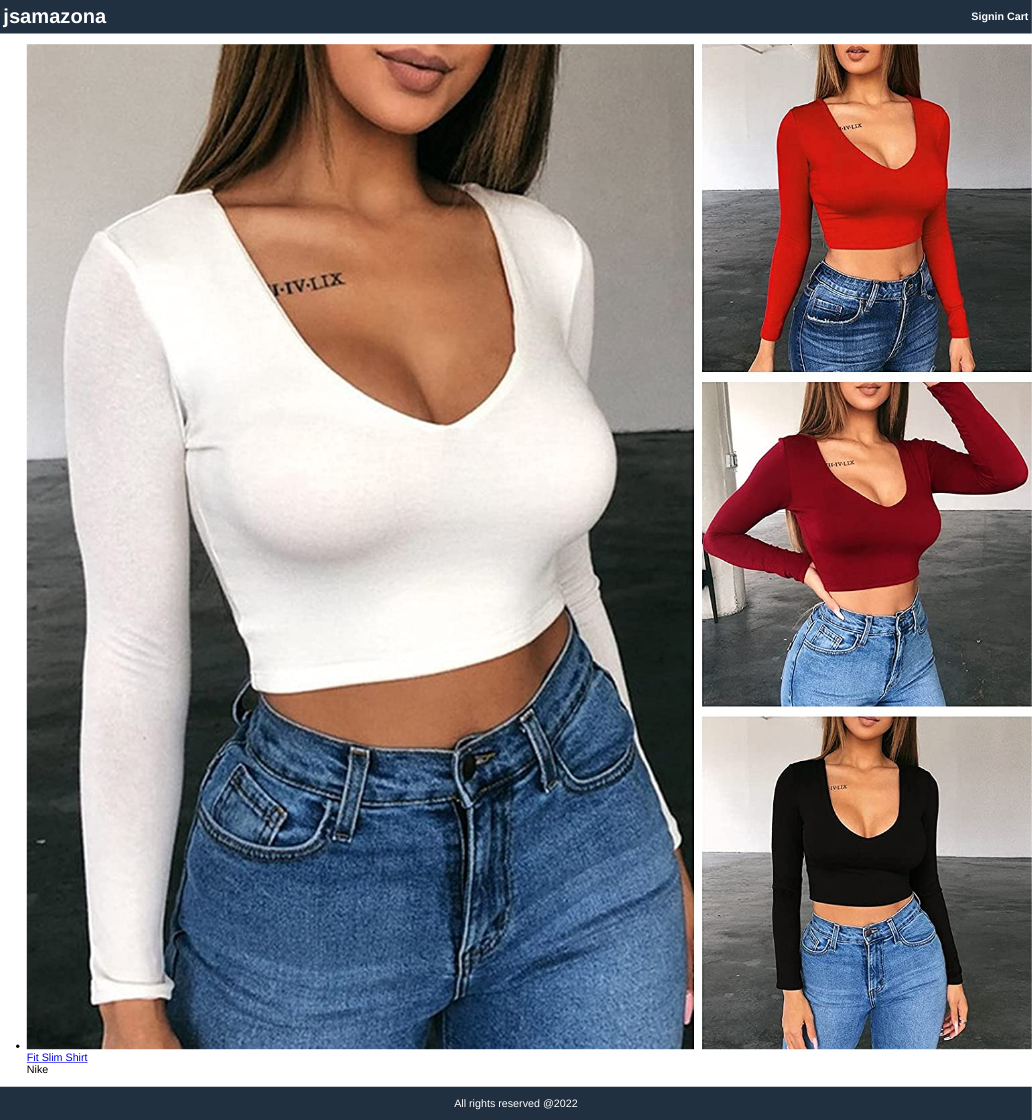
Repository: Mardoqueu/ecommerce-website
Page: jsamazona/frontend/src/index.html
These files come from the project's save history. The page is drawn as it stood at one moment and after the next save; the edit follows.
The browser window is 1280 px wide. The page is 1540 px wide, so the pictures cover 1540 px, including what lies to the right of the window. The pictures show the whole page, at 67% of full size.

Above is the page before, as saved 2022-09-12 10:20:22.

### jsamazona/frontend/src/index.html
<!DOCTYPE html>
<html lang="en">
  <head>
    <meta charset="UTF-8" />
    <meta http-equiv="X-UA-Compatible" content="IE=edge" />
    <meta name="viewport" content="width=device-width, initial-scale=1.0" />
    <link rel="stylesheet" href="style.css" />
    <title>JS Amazona</title>
  </head>
  <body>
    <div class="grid-container">
      <header>
        <div class="brand">
          <a href="/#/">jsamazona</a>
        </div>
        <div>
          <a href="/#/signin">Signin</a>
          <a href="/#/cart">Cart</a>
        </div>
      </header>
      <main>
        <div>
          <ul class="products">
            <li>
              <div class="product">
                <a href="/#/products/1">
                  <img src="images/product-1.jpg" alt="product 1" />
                </a>
                <div class="product-name">
                  <a href="/#/products/1"> Fit Slim Shirt </a>
                </div>
                <div class="product-brand">Nike</div>
                <div class="product-price"></div>
              </div>
            </li>
          </ul>
        </div>
      </main>
      <footer>All rights reserved @2022</footer>
    </div>
  </body>
</html>

### jsamazona/frontend/src/style.css
* {
    box-sizing: border-box;
  }
  html {
    font-size: 62.5%; /* 16px * 62.5 = 10px = 1rem */
  }
  body {
    height: 100vh;
    font: 1.6rem Helvetica, Arial;
    margin: 0;
  }
  .grid-container {
    display: grid;
    grid-template-areas:
      'header'
      'main'
      'footer';
    grid-template-columns: 1fr;
    grid-template-rows: 5rem 1fr 5rem;
    height: 100%;
  }

  header {
    grid-area: header;
    background-color: #203040;
    color: #ffffff;
    display: flex;
    justify-content: space-between;
    align-items: center;
    padding: 0.5rem;
  }
  header a {
    color: #ffffff;
    font-weight: bold;
    text-decoration: none;
  }
  header a:hover {
    color: #f08040;
  }

  .brand a {
    font-size: 3rem;
  }

  footer {
    background-color: #203040;
    display: flex;
    justify-content: center;
    align-items: center;
    color: #ffffff;
  }

After the next save:
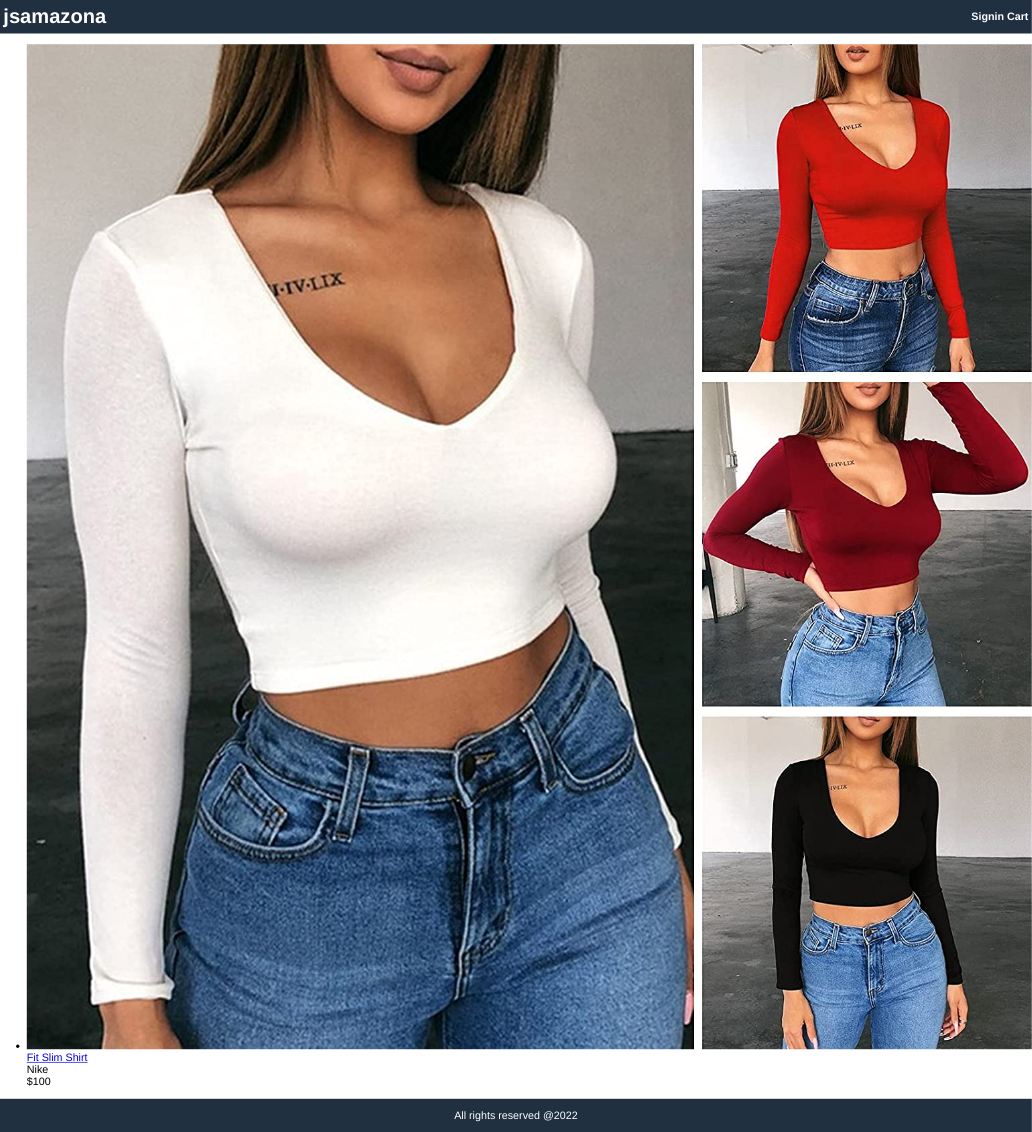
Saved 12 s later.
--- a/jsamazona/frontend/src/index.html
+++ b/jsamazona/frontend/src/index.html
@@ -30,7 +30,7 @@
                   <a href="/#/products/1"> Fit Slim Shirt </a>
                 </div>
                 <div class="product-brand">Nike</div>
-                <div class="product-price"></div>
+                <div class="product-price">$100</div>
               </div>
             </li>
           </ul>
